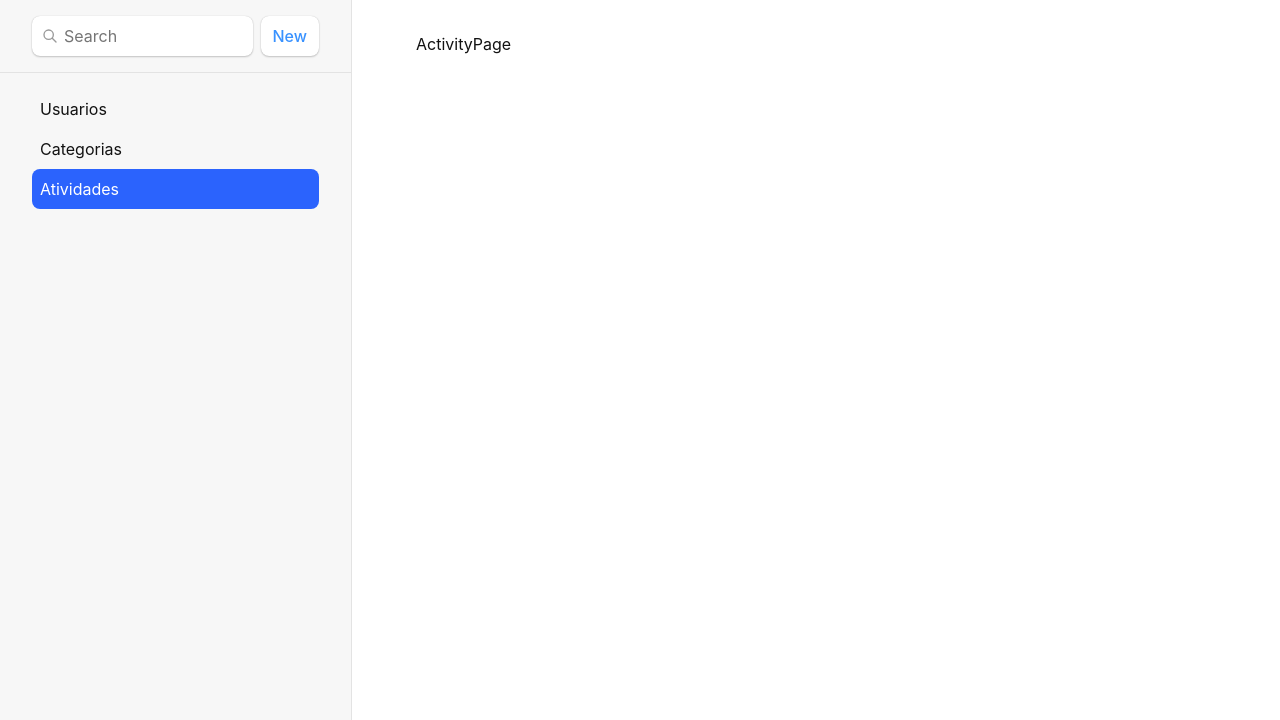
Repository: darccelio/react-pma
Page: /activity
These files come from the project's save history. The page is drawn as it stood at one moment and after the next save; the edit follows.
The browser window is 1280 px wide. The pictures show the whole page.
The project was rebuilt for these pictures with package versions that can differ from the ones it lists, and the page was loaded fresh each time. Also part of the build but not shown: vite.config.js, src/route/error-page.jsx, src/route/index.jsx, src/services/user-service.js, src/route/user.jsx, src/services/category-service.js, src/route/category.jsx.

Above is the page before, as saved 2024-07-10 13:46:11.

After the next save:
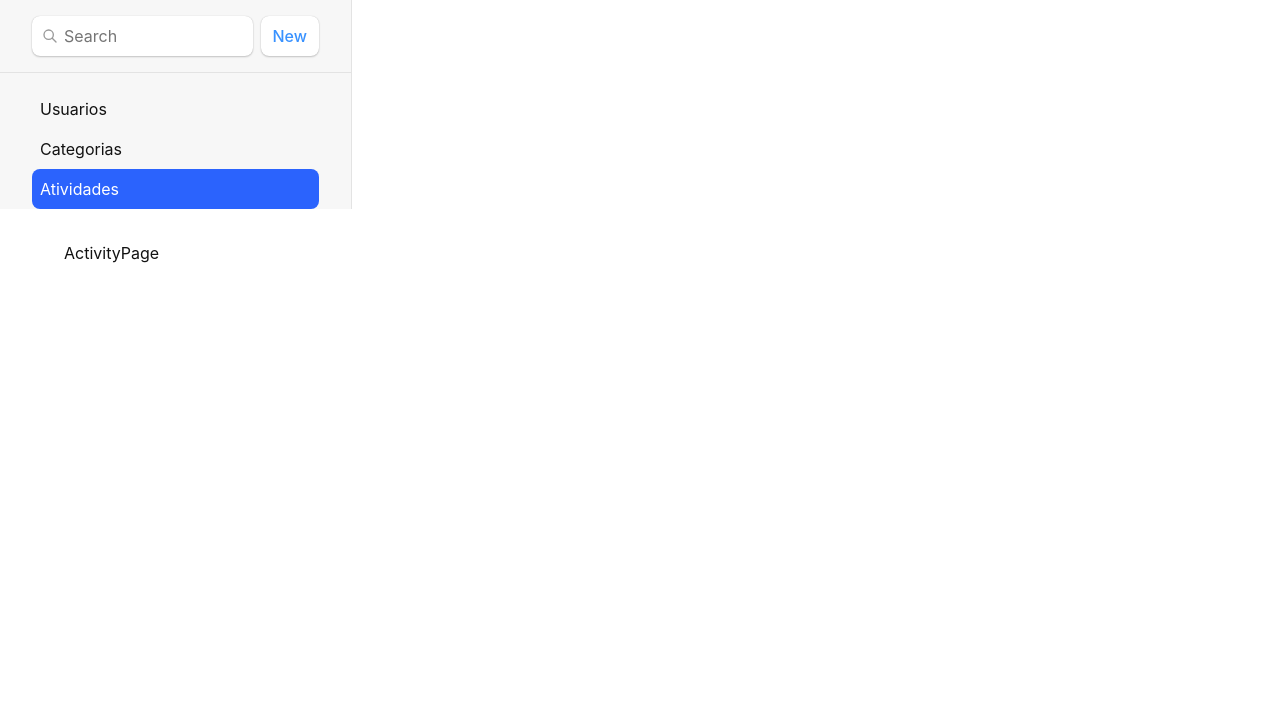
Saved 9 min 50 s later.
--- a/src/index.css
+++ b/src/index.css
@@ -173,13 +173,19 @@
   width: 100%;
 }
 
+#app-container {
+  display: flex;
+  height: 100vh;
+}
+
 #sidebar {
   width: 22rem;
-  height: 100vh;
   background-color: #f7f7f7;
   border-right: solid 1px #e3e3e3;
   display: flex;
   flex-direction: column;
+
+  overflow-y: auto; /* Permitir scroll no sidebar se necessário */
 }
 
 #sidebar > * {
@@ -315,6 +321,8 @@
   flex: 1;
   padding: 2rem 4rem;
   width: 100%;
+
+  overflow-y: auto; /* Permitir scroll no conteúdo dentro de #detail */
 }
 
 #detail.loading {
--- a/src/route/root.jsx
+++ b/src/route/root.jsx
@@ -3,7 +3,7 @@
 
 export default function Root() {
   return (
-    <>
+    <div id="app=container">
       <div id="sidebar">
         {/* <h1>React Router Contacts</h1> */}
         <div>
@@ -53,6 +53,6 @@
       <div id="detail">
         <Outlet />
       </div>
-    </>
+    </div>
   )
 }

After the 4 saves that followed:
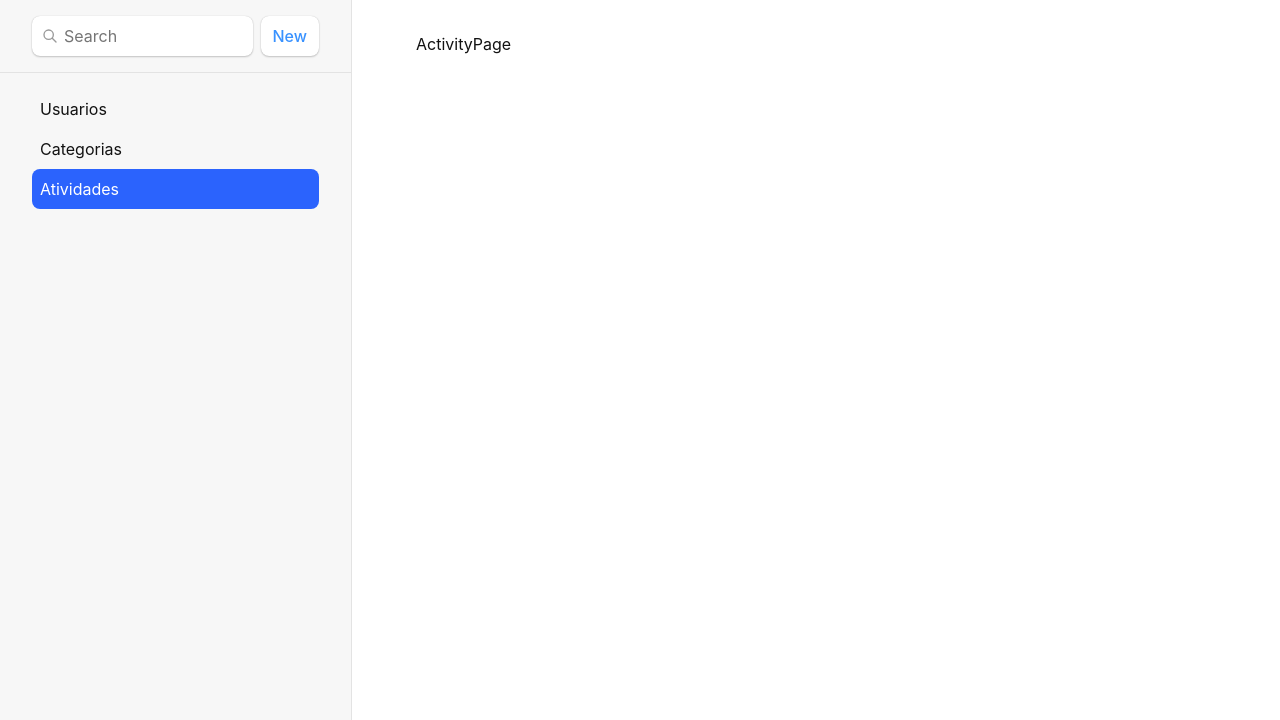
The 4 saves are shown as one change because 1 did not build or start and 2 left the picture as it was.
The last was saved 6 min 36 s later.
--- a/src/index.css
+++ b/src/index.css
@@ -169,13 +169,18 @@
 
 #root {
   display: flex;
+
+  flex-direction: row;
+
   height: 100%;
   width: 100%;
 }
 
 #app-container {
   display: flex;
+  flex-direction: row;
   height: 100vh;
+  flex: 1
 }
 
 #sidebar {
--- a/src/route/root.jsx
+++ b/src/route/root.jsx
@@ -3,7 +3,7 @@
 
 export default function Root() {
   return (
-    <div id="app=container">
+    <>
       <div id="sidebar">
         {/* <h1>React Router Contacts</h1> */}
         <div>
@@ -53,6 +53,6 @@
       <div id="detail">
         <Outlet />
       </div>
-    </div>
+    </>
   )
 }
